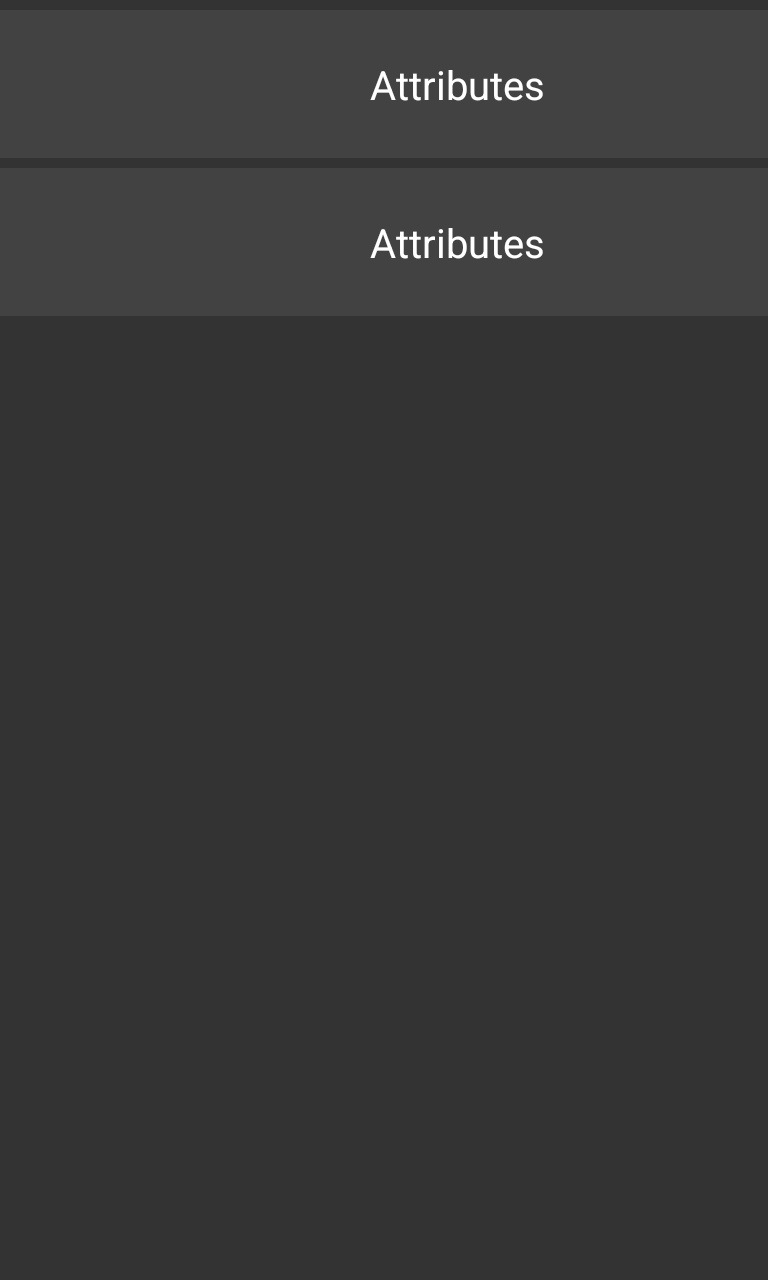
Repository: w9jds/Android-EveProfiler
Layout: EveProfiler/res/layout/drawerview.xml
The author's editor kept a copy of each file at every save. The layout is drawn from the files as they stood at one save, then again after the next save.
It is drawn on a 768 x 1280 px phone screen (xhdpi) without system bars, with theme AppTheme; the app's code is not run.

Above is the layout before, as saved 2013-05-12 05:29:42.

After the next save:
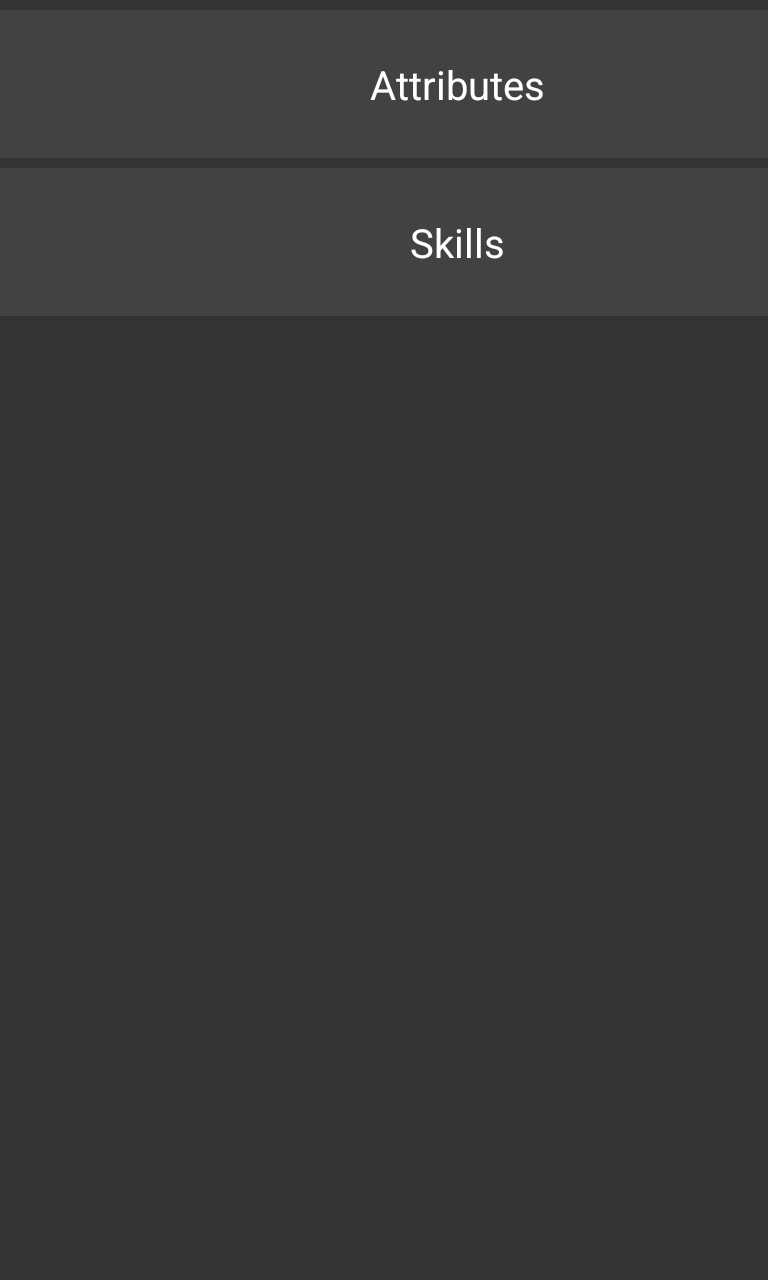
Saved 31 s later.
--- a/EveProfiler/res/layout/drawerview.xml
+++ b/EveProfiler/res/layout/drawerview.xml
@@ -46,7 +46,7 @@
         </GridLayout>
 
         <GridLayout
-            android:id="@+id/Attributes"
+            android:id="@+id/Skills"
             android:layout_width="fill_parent"
             android:layout_height="wrap_content"
             android:layout_marginBottom="5dp"
@@ -56,7 +56,7 @@
             tools:targetApi="14" >
 
             <ImageView
-                android:id="@+id/AttributesPic"
+                android:id="@+id/SkillsPic"
                 android:layout_width="64dp"
                 android:layout_height="64dp"
                 android:layout_column="0"
@@ -68,11 +68,11 @@
                 android:layout_row="0" />
 
             <TextView
-                android:id="@+id/AttributesLabel"
+                android:id="@+id/SkillsLabel"
                 android:layout_column="1"
                 android:layout_gravity="center"
                 android:layout_row="0"
-                android:text="Attributes"
+                android:text="Skills"
                 android:textColor="@color/white"
                 android:textSize="20sp" />
 
